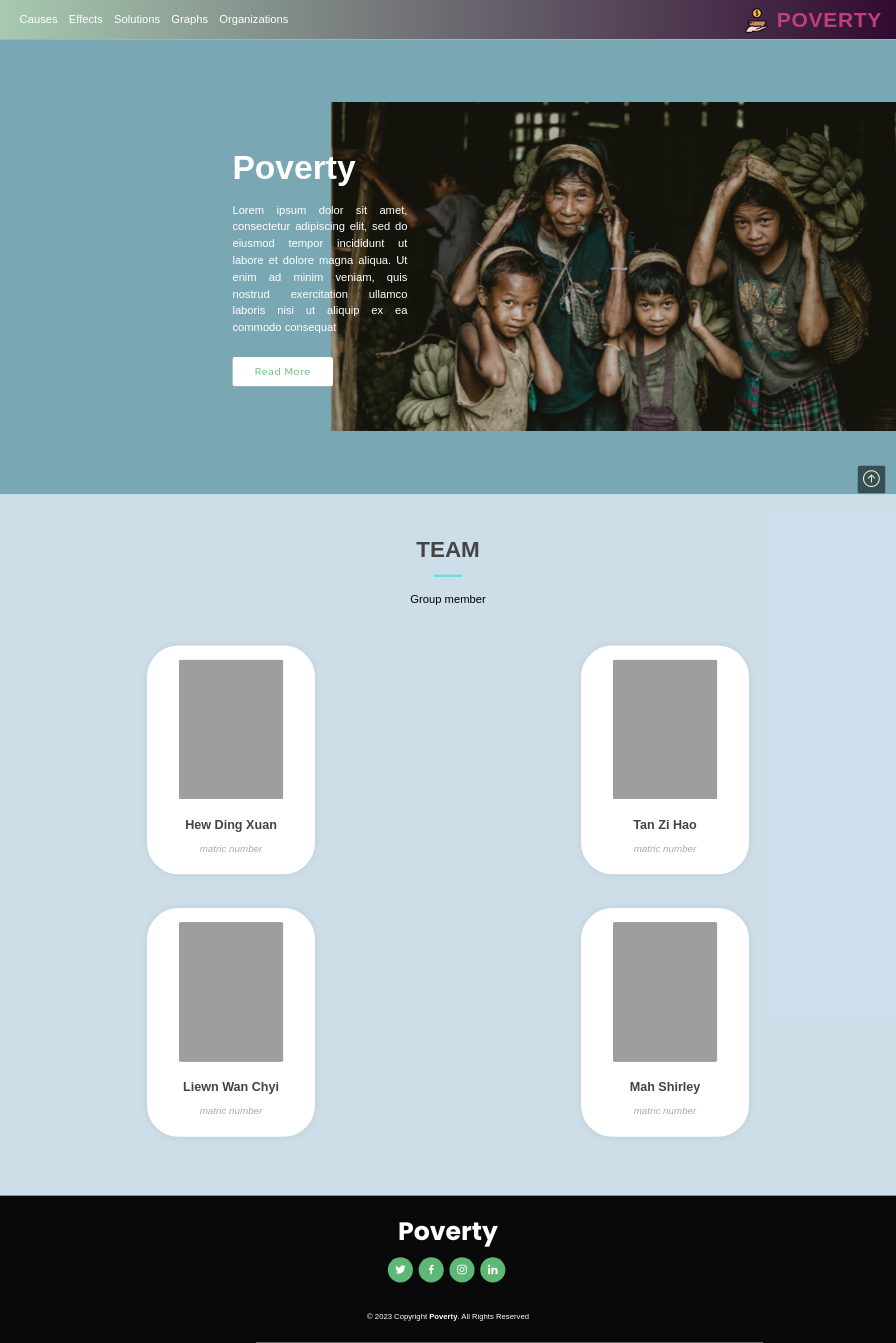
Repository: oscarhew/OSP_WIE2002
Page: index.html
The author's editor kept a copy of each file at every save. The page is drawn from the files as they stood at one save, then again after the next save.
The browser window is 1280 px wide. The pictures show the whole page, at 70% of full size.
Pictures or frames that could not be fetched are drawn as grey boxes.

Above is the page before, as saved 2023-04-02 15:01:07.

After the next save:
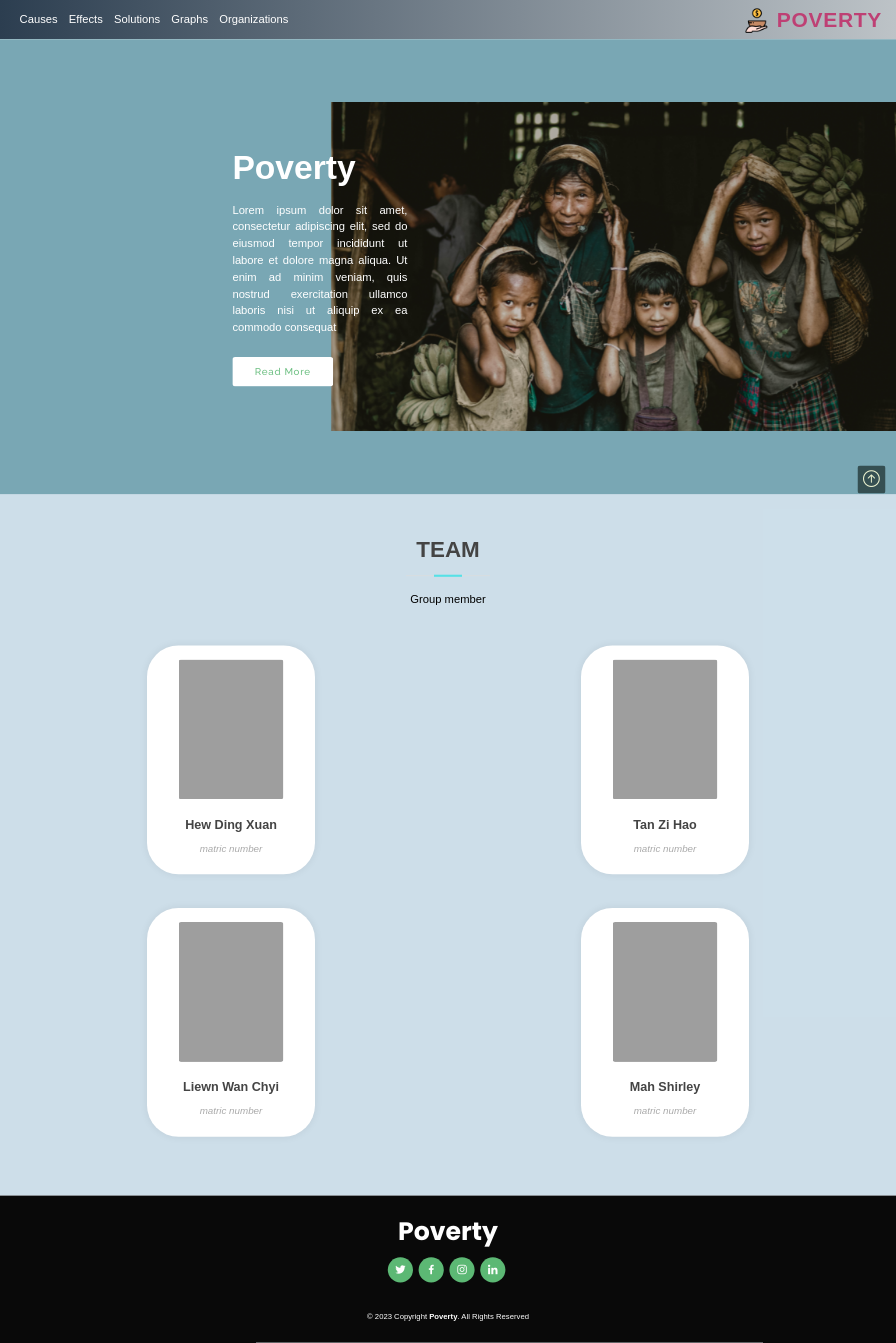
Saved 13 s later.
--- a/assets/css/main.css
+++ b/assets/css/main.css
@@ -51,9 +51,9 @@ body {
   .gradient-custom {
     background: #c471f5;
 
-    background: -webkit-linear-gradient(to right, #A7CAB1,  #310A31);
-
-    background: linear-gradient(to right, #A7CAB1, #310A31)
+    background: -webkit-linear-gradient(to right, #2c3e50,  #bdc3c7);
+
+    background: linear-gradient(to right, #2c3e50, #bdc3c7)
   }
 
   .navbar-dark .navbar-nav .nav-link {
